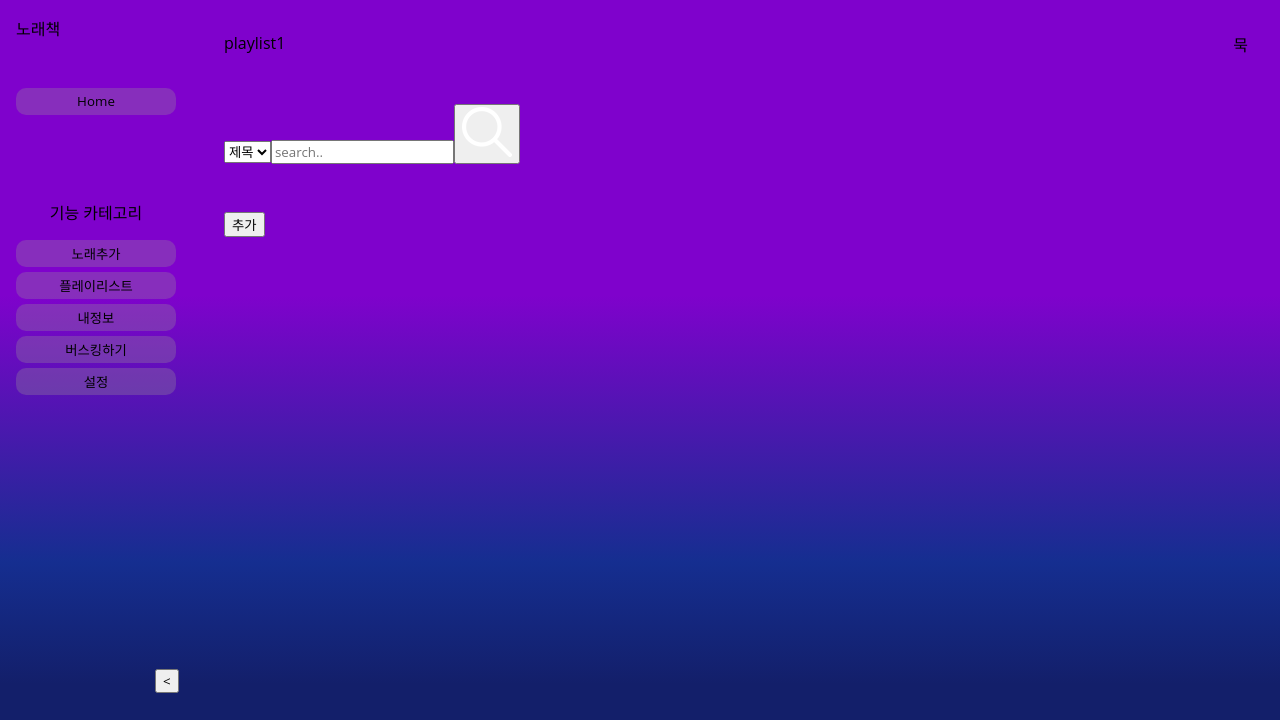
Repository: Unique0902/busking
Page: /app/add
These files come from the project's save history. The page is drawn as it stood at one moment and after a run of saves; the edit follows.
The browser window is 1280 px wide. The pictures show the whole page.
The page's requests for data from a server got no answer. The project was rebuilt for these pictures with package versions that can differ from the ones it lists, and the page was loaded fresh each time. No one was signed in, and anything a server would have sent is missing. Also part of the build but not shown: src/routes/login/login.module.css, src/components/login_header/login_nav.module.css, src/components/login_header/login_nav.jsx, src/components/app_description/app_description.module.css, src/components/app_description/app_description.jsx, src/routes/login/login.jsx, src/routes/app/app_home/app_home.module.css, src/routes/app/app_home/app_home.jsx and 8 more.

Above is the page before, as saved 2022-08-30 14:14:54.

### public/index.html
<!DOCTYPE html>
<html lang="en">
  <head>
    <meta charset="utf-8" />
    <link rel="icon" href="%PUBLIC_URL%/favicon.ico" />
    <meta name="viewport" content="width=device-width, initial-scale=1" />
    <meta name="theme-color" content="#000000" />
    <meta
      name="description"
      content="Web site created using create-react-app"
    />
    <title>노래책</title>
  </head>
  <body>
    <noscript>You need to enable JavaScript to run this app.</noscript>
    <div id="root"></div>
  </body>
</html>

### src/index.js
import React from 'react';
import ReactDOM from 'react-dom/client';
import './index.css';
import App from './routes/app/app';
import { BrowserRouter, Routes, Route } from 'react-router-dom';
import Login from './routes/login/login';
import App_home from './routes/app/app_home/app_home';
import App_add from './routes/app/app_add/app_add';
import App_busking from './routes/app/app_busking/app_busking';
import App_inform from './routes/app/app_inform/app_inform';
import App_playlist from './routes/app/app_playlist/app_playlist';
import App_setting from './routes/app/app_setting/app_setting';
import axios from 'axios';
import Lastfm from './service/lastfm';

const root = ReactDOM.createRoot(document.getElementById('root'));
const httpClient = axios.create({
  baseURL: 'https://ws.audioscrobbler.com/2.0',
  params: { api_key: process.env.REACT_APP_LASTFM_API_KEY },
});
const lastfm = new Lastfm(httpClient);

root.render(
  <React.StrictMode>
    <BrowserRouter>
      <Routes>
        <Route path='/' element={<Login />} />
        <Route path='app' element={<App />}>
          <Route path='home' element={<App_home />} />
          <Route path='add' element={<App_add lastfm={lastfm} />} />
          <Route path='busking' element={<App_busking />} />
          <Route path='inform' element={<App_inform />} />
          <Route path='playlist' element={<App_playlist />} />
          <Route path='setting' element={<App_setting />} />
        </Route>
      </Routes>
    </BrowserRouter>
  </React.StrictMode>
);

### src/index.css
* {
  box-sizing: border-box;
  font-family: 'Open Sans', sans-serif;
}

button {
  cursor: pointer;
}
li {
  list-style: none;
}
body {
  margin: 0;
}
p,
h1,
h2 {
  margin: 0;
}
ul {
  padding: 0;
}

### src/routes/app/app.jsx
import Sidebar from '../../components/sidebar/sidebar';
import './app.module.css';
import styles from './app.module.css';
import { Routes, Route, Outlet } from 'react-router-dom';
import App_header from '../../components/app_header/app_header';

function App() {
  return (
    <section className={styles.app}>
      <Sidebar />
      <main className={styles.main}>
        <App_header />
        <Outlet />
      </main>
    </section>
  );
}

export default App;

### src/routes/app/app_add/app_add.jsx
import React, { useRef } from 'react';
import { useState } from 'react';
import styles from './app_add.module.css';
import SearchResult from '../../../components/searchResult/searchResult';

const App_add = ({ lastfm }) => {
  const [searchResults, setSearchResults] = useState([]);
  const searchRef = useRef();
  const selectRef = useRef();
  const search = () => {
    if (searchRef.current.value) {
      if (selectRef.current.value === '제목') {
        lastfm
          .searchSongByName(searchRef.current.value)
          .then((result) => setSearchResults(result.trackmatches.track));
      } else if (selectRef.current.value === '가수') {
        lastfm
          .searchSongByArtist(searchRef.current.value)
          .then((result) => setSearchResults(result.trackmatches.track));
      }
    }
  };
  return (
    <>
      <header className={styles.searchBar}>
        <select ref={selectRef}>
          <option value='제목'>제목</option>
          <option value='가수'>가수</option>
        </select>
        <input
          type='search'
          placeholder='search..'
          ref={searchRef}
          onChange={() => {
            search();
          }}
        />
        <button type='submit'>
          <img src='/images/search.png' alt='search' />
        </button>
      </header>
      <section className={styles.results}>
        <ul>
          {searchResults &&
            searchResults.map((result) => (
              <SearchResult
                key={searchResults.indexOf(result)}
                index={searchResults.indexOf(result) + 1}
                result={result}
                btnText='추가'
              />
            ))}
          <li>
            <button
              onClick={() => {
                lastfm
                  .searchSongByName('venom')
                  .then((result) =>
                    console.log(result.trackmatches.track[0].name)
                  );
              }}
              className={styles.addBtn}
            >
              추가
            </button>
          </li>
        </ul>
      </section>
    </>
  );
};

export default App_add;

### src/service/lastfm.js
'use strict';

class Lastfm {
  constructor(httpClient) {
    this.lastfm = httpClient;
  }
  async searchSongByName(title) {
    const response = await this.lastfm.get('', {
      params: {
        method: 'track.search',
        track: title,
        limit: '10',
        format: 'json',
      },
    });
    return response.data.results;
  }
  async searchSongByArtist(artist) {
    const response = await this.lastfm.get('', {
      params: {
        method: 'track.search',
        track: ' ',
        artist: artist,
        limit: '10',
        format: 'json',
      },
    });
    return response.data.results;
  }
  async searchArtist(artist) {
    const response = await this.lastfm.get('', {
      params: {
        method: 'artist.search',
        artist: artist,
        format: 'json',
      },
    });
    return response.data.results;
  }
  async searchTopTrackByCorrectArtist(mbid) {
    const response = await this.lastfm.get('', {
      params: {
        method: 'artist.gettoptrack',
        mbid: mbid,
        format: 'json',
      },
    });
    return response.data.results;
  }
}

export default Lastfm;

### src/components/sidebar/sidebar.jsx
import React from 'react';
import styles from './sidebar.module.css';
import { useNavigate } from 'react-router-dom';

const Sidebar = (props) => {
  let navigate = useNavigate();
  return (
    <>
      <aside className={styles.sideBar}>
        <div className={styles.logo}>
          <img src='' alt='' />
          <p>노래책</p>
        </div>
        <ul className={styles.list}>
          <li>
            <button
              onClick={() => {
                navigate('home');
              }}
              className={styles.listBtn}
            >
              Home
            </button>
          </li>
          <li>
            <p className={styles.category}>기능 카테고리</p>
          </li>
          <li>
            <button
              onClick={() => {
                navigate('add');
              }}
              className={styles.listBtn}
            >
              노래추가
            </button>
          </li>
          <li>
            <button
              onClick={() => {
                navigate('playlist');
              }}
              className={styles.listBtn}
            >
              플레이리스트
            </button>
          </li>
          <li>
            <button
              onClick={() => {
                navigate('inform');
              }}
              className={styles.listBtn}
            >
              내정보
            </button>
          </li>
          <li>
            <button
              onClick={() => {
                navigate('busking');
              }}
              className={styles.listBtn}
            >
              버스킹하기
            </button>
          </li>
          <li>
            <button
              onClick={() => {
                navigate('setting');
              }}
              className={styles.listBtn}
            >
              설정
            </button>
          </li>
          <li>
            <button className={styles.closeBtn}> {'<'} </button>
          </li>
        </ul>
      </aside>
    </>
  );
};

export default Sidebar;

### src/routes/app/app.module.css
@value makerWhite from  '../../common/colors.css';

.app {
  background: rgb(127, 2, 204);
  background: linear-gradient(
    180deg,
    rgba(127, 2, 204, 1) 41%,
    rgba(21, 46, 144, 1) 78%,
    rgba(19, 31, 106, 1) 95%
  );
  color: makerWhite;
  height: 100vh;
  display: flex;
}

.main {
  flex-basis: 85%;
  padding: 2em;
}

### src/components/app_header/app_header.jsx
import React from 'react';
import styles from './app_header.module.css';

const App_header = (props) => {
  return (
    <>
      <header className={styles.header}>
        <div className={styles.playlists}>playlist1</div>
        <div className={styles.users}>묵</div>
      </header>
    </>
  );
};

export default App_header;

### src/routes/app/app_add/app_add.module.css
.results {
  overflow-y: scroll;
  height: 30em;
}
.searchBar {
  margin-bottom: 2em;
}

### src/components/sidebar/sidebar.module.css
@value makerWhite from  '../../common/colors.css';
@value makerBlack from  '../../common/colors.css';
@value makerLightGrey from  '../../common/colors.css';
@value makerGrey from  '../../common/colors.css';
@value fontBigg from  '../../common/size.css';
@value fontMedium from  '../../common/size.css';
@value fontMediumm from  '../../common/size.css';
@value fontSmall from  '../../common/size.css';

.sideBar {
  flex-basis: 15%;
  padding: 1em;
  background-color: makerBlack;
  color: makerWhite;
  position: relative;
}
.logo {
  display: flex;
  font-size: fontBigg;
  margin-bottom: 3em;
}
.category {
  color: makerLightGrey;
  font-size: fontMediumm;
  text-align: center;
  margin-top: 5em;
  margin-bottom: 1em;
}

.listBtn {
  background-color: rgba(151, 149, 149, 0.3);
  border: none;
  border-radius: 10px;
  height: 2em;
  margin-bottom: 0.4em;
  width: 100%;
  font-size: fontMedium;
  color: makerWhite;
}
.list > li {
  width: 100%;
}
.closeBtn {
  position: absolute;
  right: 1em;
  bottom: 2em;
  background-color: makerBlack;
  color: makerWhite;
}

### src/components/app_header/app_header.module.css
.header {
  display: flex;
  justify-content: space-between;
  margin-bottom: 3em;
}

Loaded but not shown: src/routes/app/app_inform/app_inform.module.css (no stored copy; drawn as an empty file); src/routes/app/app_setting/app_setting.module.css (no stored copy; drawn as an empty file)

After the next 2 saves:
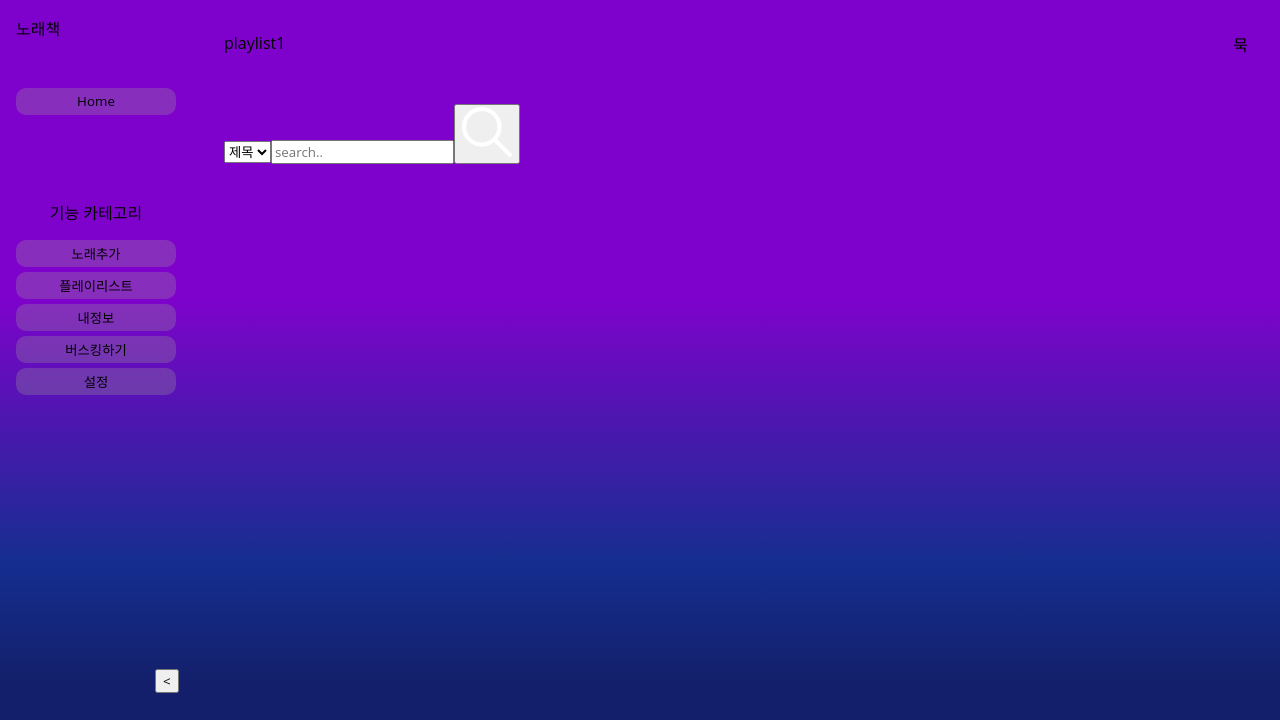
The 2 saves are shown as one change because they came seconds apart.
The last was saved 19 s later.
--- a/src/routes/app/app_add/app_add.jsx
+++ b/src/routes/app/app_add/app_add.jsx
@@ -50,20 +50,6 @@ const App_add = ({ lastfm }) => {
                 btnText='추가'
               />
             ))}
-          <li>
-            <button
-              onClick={() => {
-                lastfm
-                  .searchSongByName('venom')
-                  .then((result) =>
-                    console.log(result.trackmatches.track[0].name)
-                  );
-              }}
-              className={styles.addBtn}
-            >
-              추가
-            </button>
-          </li>
         </ul>
       </section>
     </>
